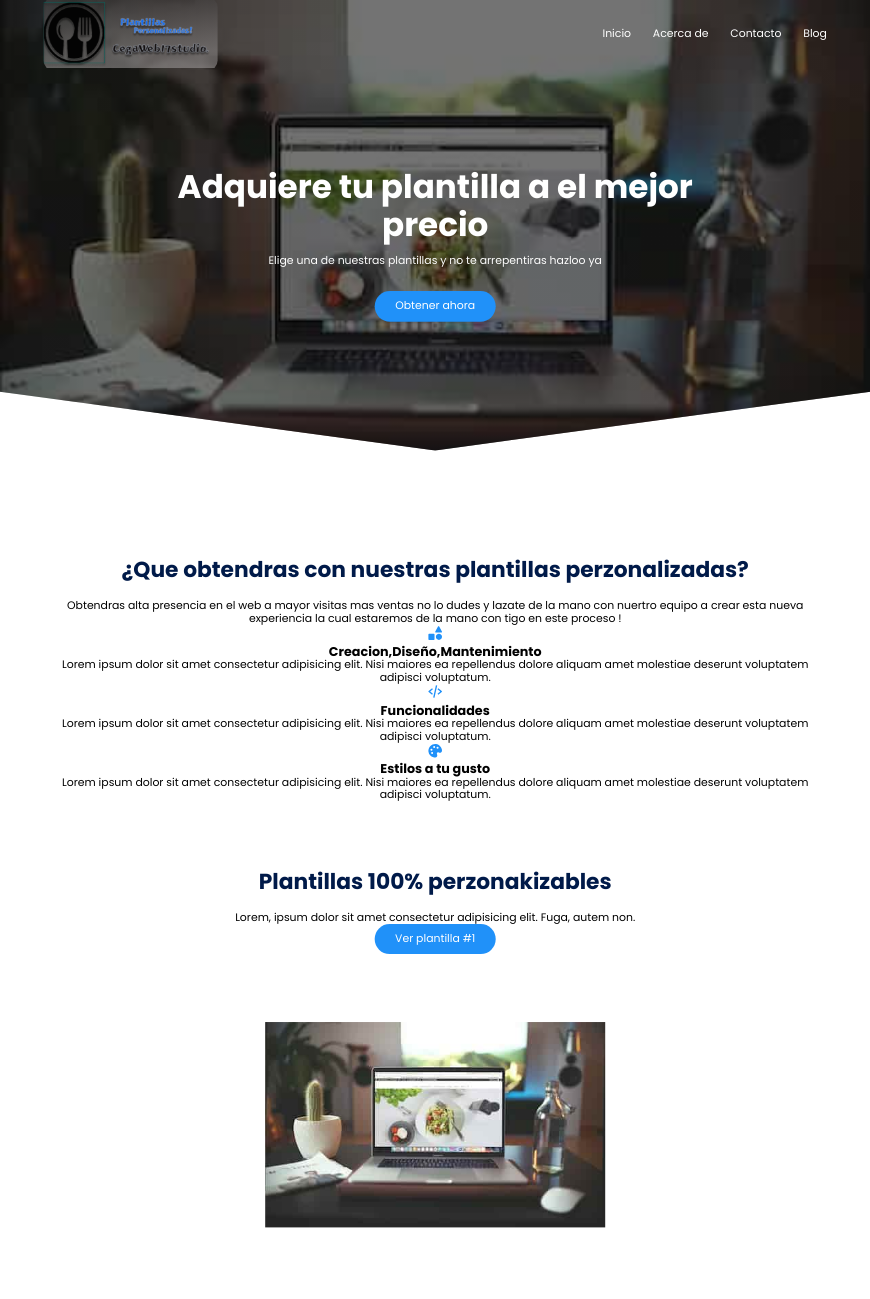
Repository: cega17/una-pagina-web
Page: index.html
The author's editor kept a copy of each file at every save. The page is drawn from the files as they stood at one save, then again after the next save.
The browser window is 1280 px wide. The pictures show the whole page, at 68% of full size.

Above is the page before, as saved 2023-10-29 20:37:46.

After the next save:
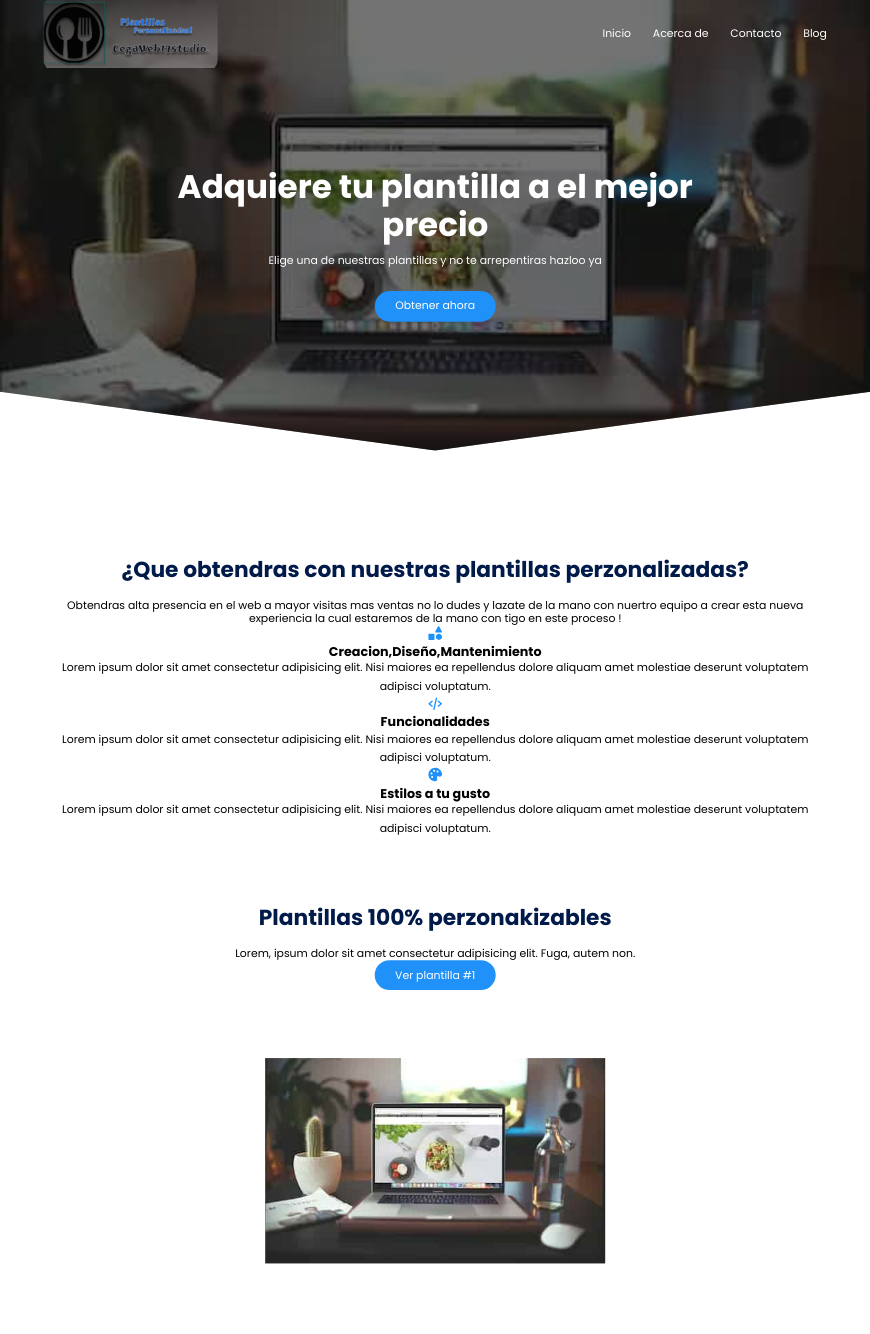
Saved 64 s later.
--- a/css/styles.css
+++ b/css/styles.css
@@ -129,4 +129,6 @@ body {
     font-size: 2rem;
     margin-bottom: 25px;
 }
-.about
+.about__paragrapaph{
+    line-height: 1.7;
+}
